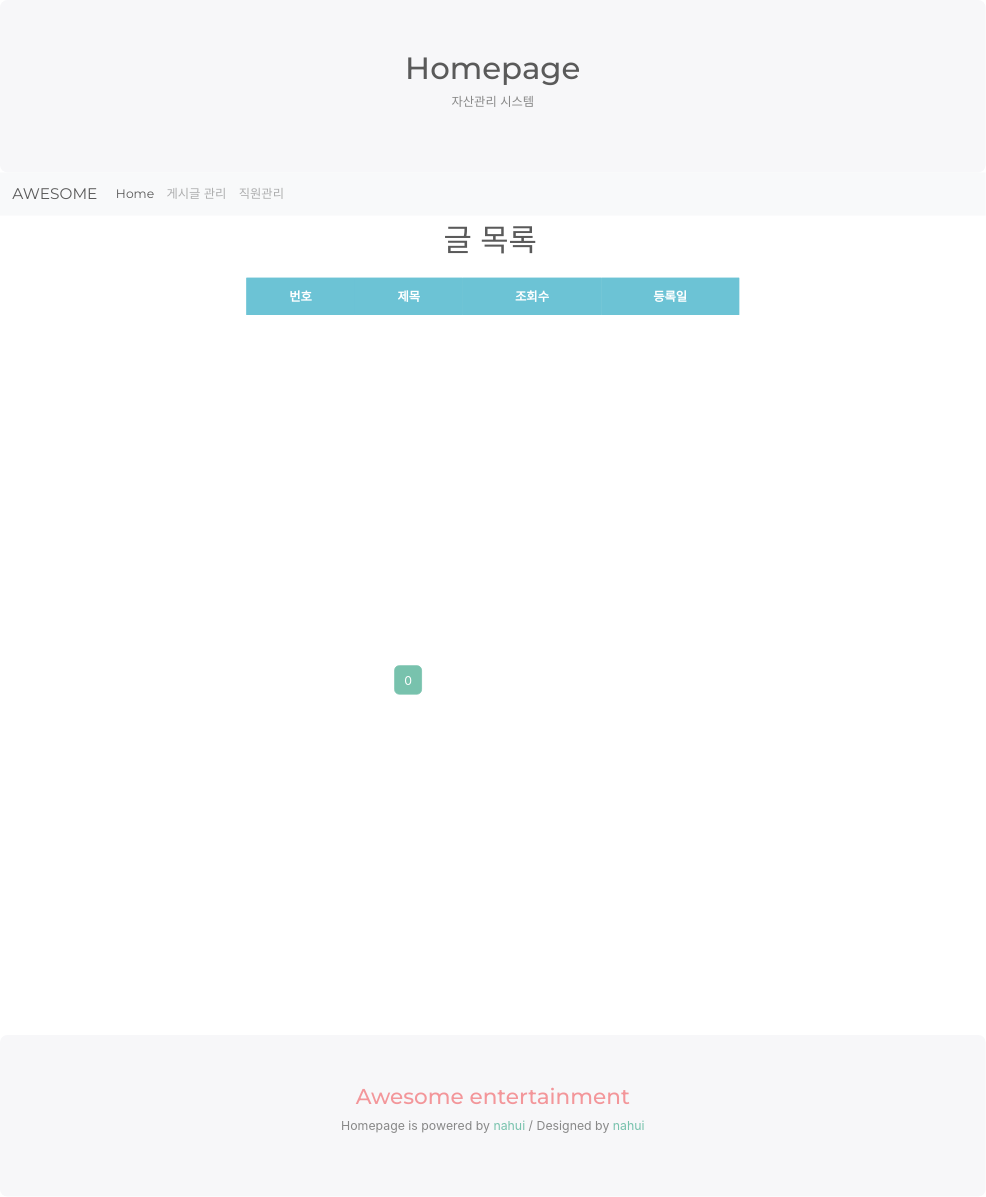
Repository: Nahui068/project1
Page: http://localhost/project1/WEB-INF/views/admin_board.jsp
These files come from the project's save history. The page is drawn as it stood at one moment and after the next save; the edit follows.
The browser window is 1280 px wide. The pictures show the whole page, at 77% of full size.
The page is served by Tomcat 9. Nobody is signed in. The template is opened directly, without the code that normally fills it, so the values that code supplies are empty.

Above is the page before, as saved 2021-01-07 03:00:21.

After the next save:
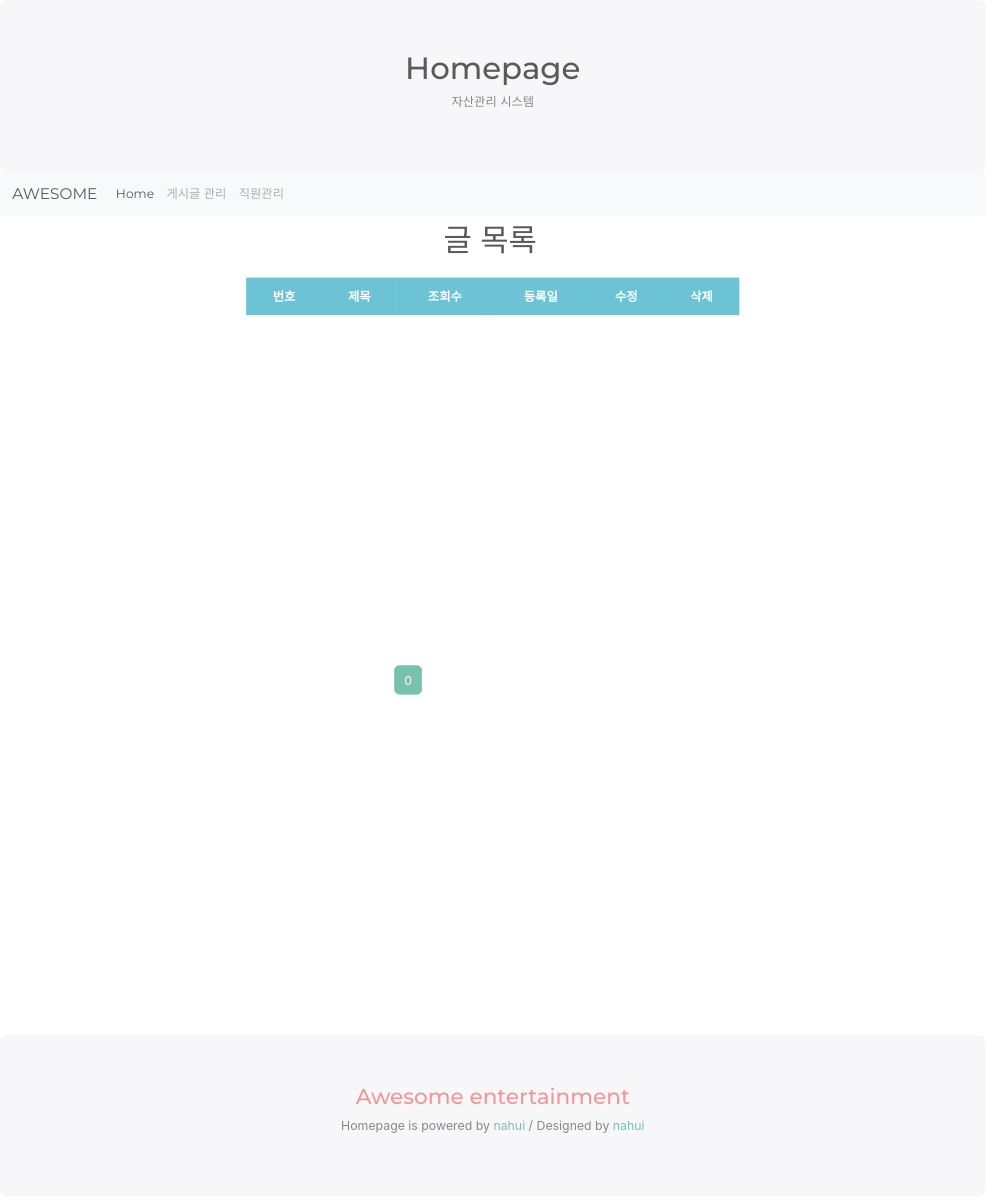
Saved 49 s later.
--- a/project1/src/main/webapp/WEB-INF/views/admin_board.jsp
+++ b/project1/src/main/webapp/WEB-INF/views/admin_board.jsp
@@ -67,6 +67,8 @@
 			<th>제목</th>
 			<th>조회수</th>
 			<th>등록일</th>
+			<th>수정</th>
+			<th>삭제</th>
 		</tr>
 	<c:forEach var="list" items="${boardList}">
 		<tr class="table-light" style="text-align:center;">
